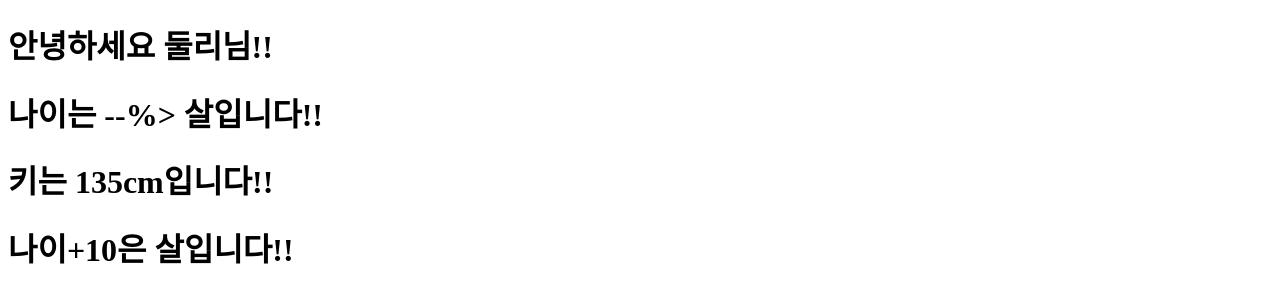
Repository: pnow7/Java-Web
Page: http://localhost/pro12/hello4.jsp
An editor plug-in stored every save of this project. The page is shown before and after the next save, followed by the edit.
The browser window is 1280 px wide. The pictures show the whole page.
The page is served by Tomcat 9. Other server files are loaded and not shown.

Above is the page before, as saved 2025-05-16 03:14:00.

### pro12/WebContent/hello4.jsp
<%@ page language="java" contentType="text/html; charset=UTF-8"
    pageEncoding="UTF-8"%>

<%--
	<%@%> : 페이지 속성 지정
	<%!%> : 변수, 메소드 선언
	<%=%> : 결과값 출력
	<% %> : JAVA 코드 삽입
--%>
<%!
	String name = "둘리";
	public String getName() { return name; }
%>

<%
	/* String age=request.getParameter("age"); */
%>

<!DOCTYPE html>
<html>
<head>
<meta charset="UTF-8">
<%-- <title>표현식 연습</title> --%>
</head>
<body>
	<h1>안녕하세요 <%=name %>님!!</h1>
	<h1>나이는 <%-- <%=age --%> --%> 살입니다!!</h1>
	<h1>키는 <%=135 %>cm입니다!!</h1>
	<h1>나이+10은 <%-- <%=Integer.parseInt(age)+10 %> --%> 살입니다!!</h1>
</body>
</html>

After the next save:
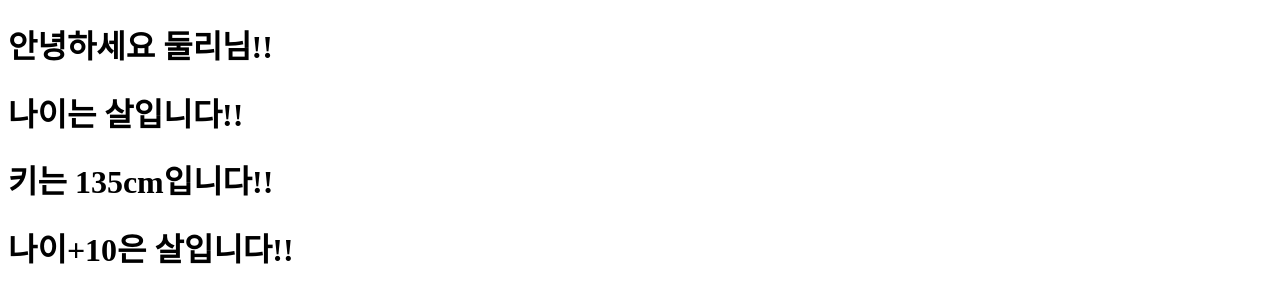
Saved 40 s later.
--- a/pro12/WebContent/hello4.jsp
+++ b/pro12/WebContent/hello4.jsp
@@ -24,7 +24,7 @@
 </head>
 <body>
 	<h1>안녕하세요 <%=name %>님!!</h1>
-	<h1>나이는 <%-- <%=age --%> --%> 살입니다!!</h1>
+	<h1>나이는 <%-- <%=age %> --%> 살입니다!!</h1>
 	<h1>키는 <%=135 %>cm입니다!!</h1>
 	<h1>나이+10은 <%-- <%=Integer.parseInt(age)+10 %> --%> 살입니다!!</h1>
 </body>
